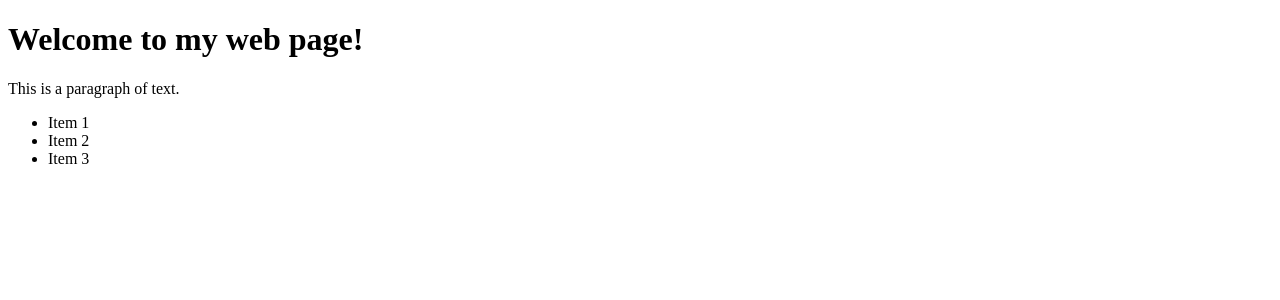
Repository: gadiazsaavedra/Unidad_2
Page: prueba_pagina_web.html
An editor plug-in stored every save of this project. The page is shown before and after the next save, followed by the edit.
The browser window is 1280 px wide. The pictures show the whole page.

Above is the page before, as saved 2023-08-07 11:10:36.

After the next save:
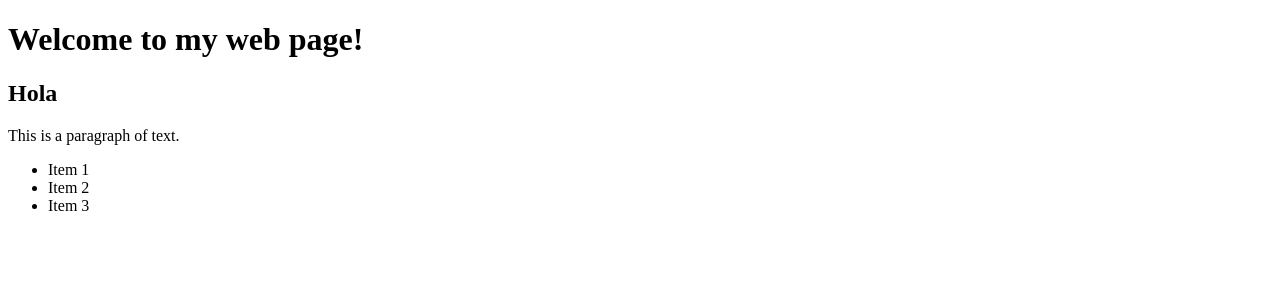
Saved 7 s later.
--- a/prueba_pagina_web.html
+++ b/prueba_pagina_web.html
@@ -5,7 +5,7 @@
 </head>
 <body>
     <h1>Welcome to my web page!</h1>
-    <h2></h2>
+    <h2>Hola</h2>
     <p>This is a paragraph of text.</p>
     <ul>
         <li>Item 1</li>
